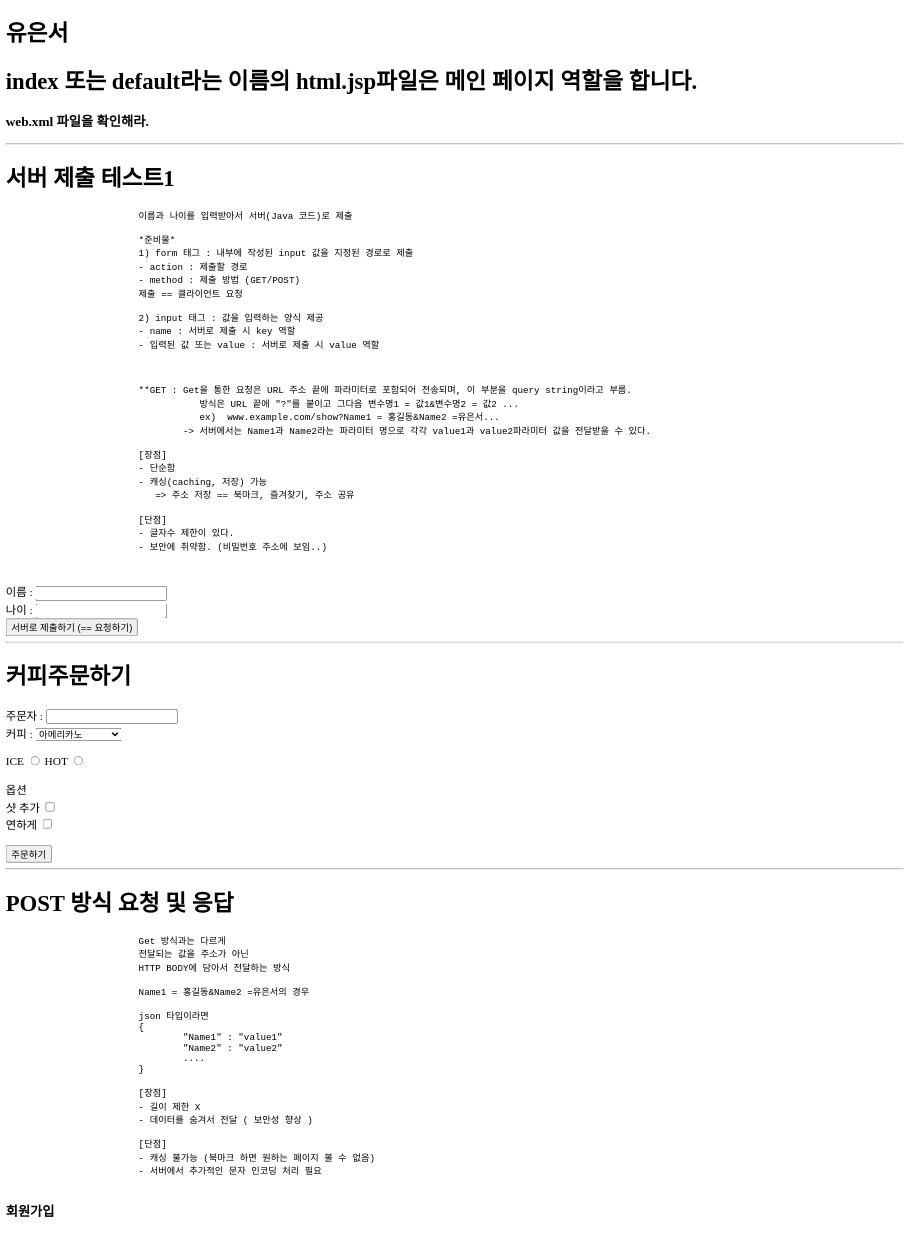
Repository: vegayes/06_Server
Page: ServletProject/src/main/webapp/index.html
These files come from the project's save history. The page is drawn as it stood at one moment and after the next save; the edit follows.
The browser window is 1280 px wide. The pictures show the whole page, at 71% of full size.

Above is the page before, as saved 2023-09-15 03:06:32.

After the next save:
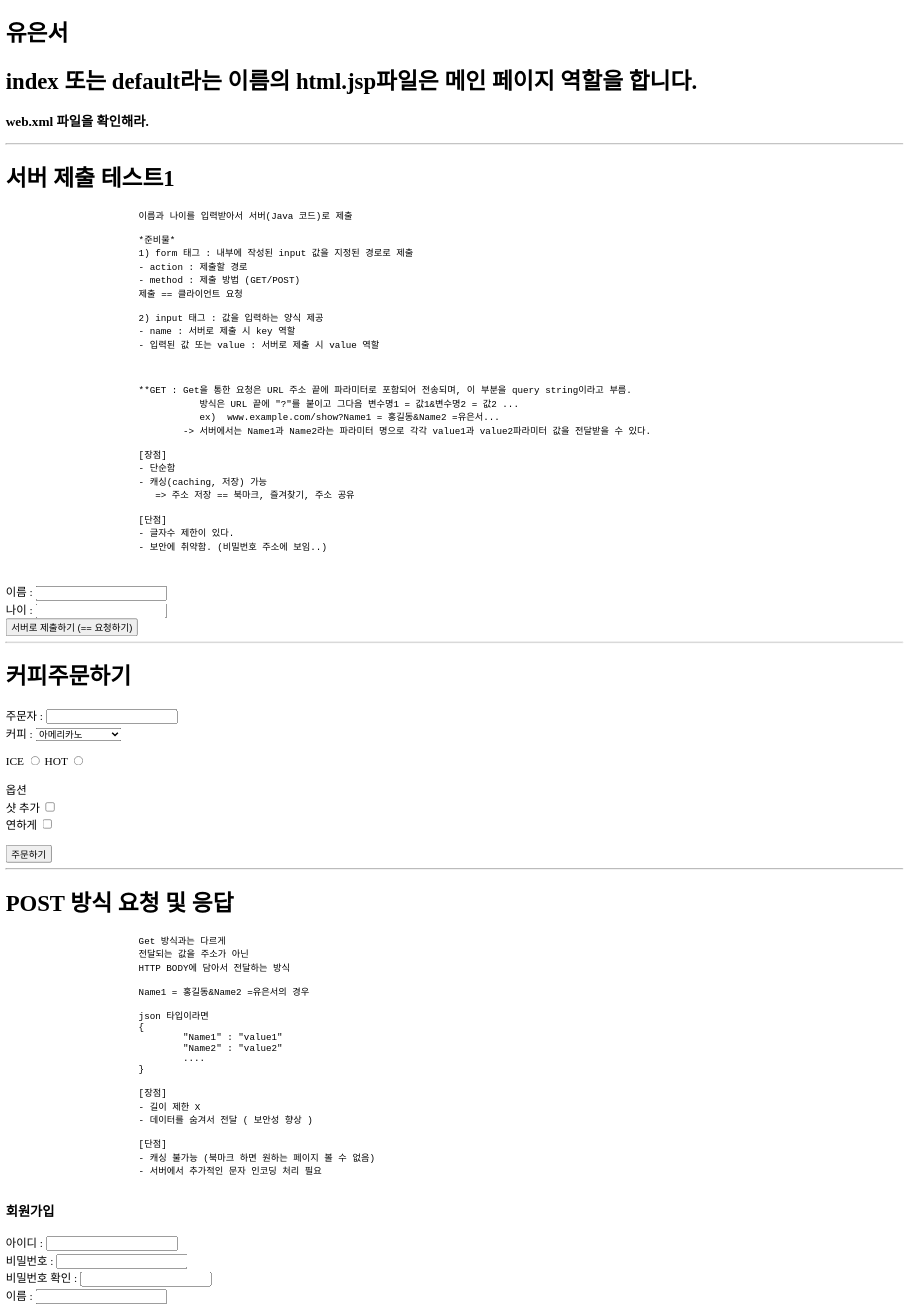
Saved 85 s later.
--- a/ServletProject/src/main/webapp/index.html
+++ b/ServletProject/src/main/webapp/index.html
@@ -115,7 +115,13 @@
 
 	    <h3>회원가입</h3>
 
-		<form action = "/signUp"></form>
+		<form action = "/signUp" method="post">
+			아이디 : <input name = "inputId" required><br>
+			비밀번호 : <input name = "inputId" required><br>
+			비밀번호 확인 : <input name = "inputId" required><br>
+			이름 : <input name = "inputId" required><br>
+
+		</form>
 
 
 
